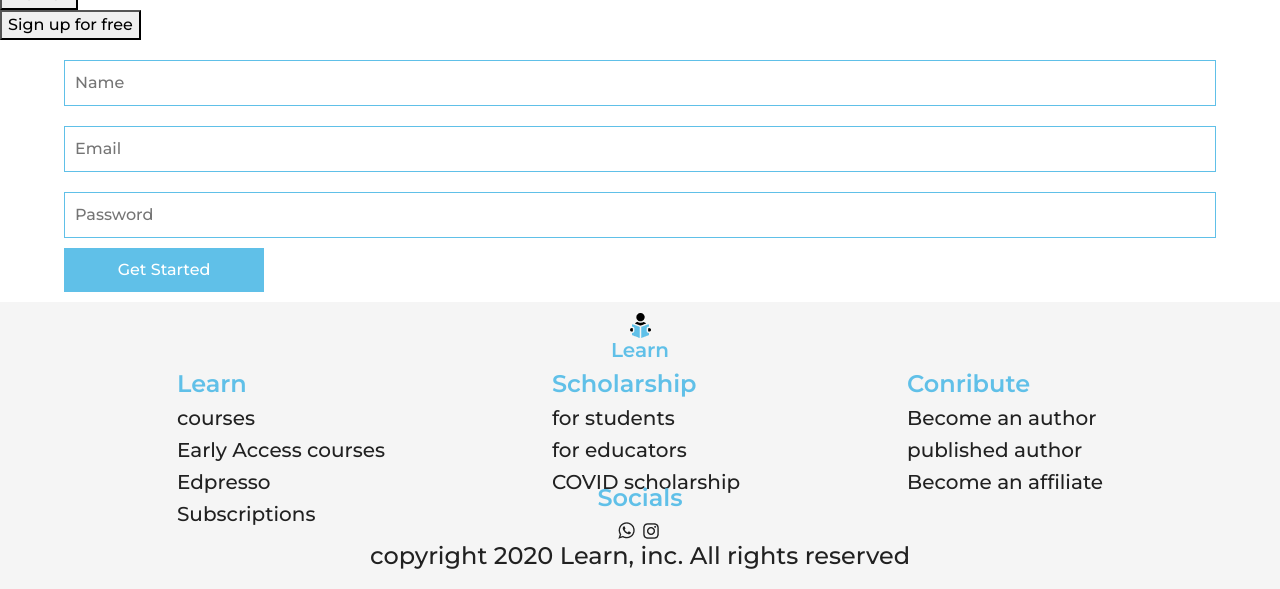
Repository: TiaraOluwanimi/team5
Page: tutor.html
These files come from the project's save history. The page is drawn as it stood at one moment and after the next save; the edit follows.
The browser window is 1280 px wide. The pictures show the part of the page from y = 2326 to 2945 px (the page is 2915 px tall before and 2945 px after).
A picture or video elsewhere on the page could not be fetched, so the positions and the page height are approximate. Some web libraries are served in a nearby version.

Above is the page before, as saved 2020-08-08 11:08:21.

### tutor.html
<!DOCTYPE html>
<html lang="en">
  <head>
    <meta charset="UTF-8" />
    <meta name="viewport" content="width=device-width, initial-scale=1.0" />
    <title>Online Tutoring</title>
    <!-- Custom Css -->
    <link rel="stylesheet" href="./assets/css/header-footer.css" />
    <link rel="stylesheet" href="./assets/css/tutor.css" />
    <link rel="stylesheet" href="./assets/css/testimonial.css" />
    <!-- Favicon -->
    <link rel="shortcut icon" href="" type="image/x-icon" />
    <!---------------------- CDNs----------------- -->
    <!-- Bootstrap CSS CDN -->
    <link
      rel="stylesheet"
      href="https://maxcdn.bootstrapcdn.com/bootstrap/4.0.0/css/bootstrap.min.css"
      integrity="sha384-Gn5384xqQ1aoWXA+058RXPxPg6fy4IWvTNh0E263XmFcJlSAwiGgFAW/dAiS6JXm"
      crossorigin="anonymous"
    />
    <!-- fontawesome CDN -->
    <!-- Google Font -->
    <link href="https://fonts.googleapis.com/css2?family=Montserrat:wght@500;600&display=swap" rel="stylesheet">
    <!-- Font Awesome -->
    <script src="https://kit.fontawesome.com/0f19ba4771.js" crossorigin="anonymous"></script>

</head>

<body>
    <!-- Welcome to this online tutoring website. 😊 -->
    <!--  Header  -->
    <nav class="nav1">
      <a href="#"><img src="./assets/img/logo.png" alt="" /></a>
      <div class="nav1div1">
        <img
          class="searchicon"
          onclick="displaySearchBar()"
          src="./assets/img/search.png"
          alt=""
        />
        <button class="nav1butt1">Log in</button>
        <button class="nav1butt2">Join for free</button>
      </div>
      <div class="nav1div2 display">
        <input
          class="searchbar"
          type="text"
          placeholder="Enter Text here"
          name=""
          id=""
        />
      </div>
    </nav>

    <!-- Landing Page -->
    <div class="div1">
        <img class="div1img1" src="./assets/img/hero-img.png" alt="">
        <div class="div1div1">
            <i class="fas fa-play-circle fa-2x div1img2"></i>
            &nbsp;&nbsp;&nbsp;
            <h3 class="div1hh1">TAKE A TOUR</h3>
        </div>
    </div>

    <div class="div2">
        <h1 class="div2hh1">
            LEARN ALL YOU WANT, AT YOUR OWN
            <span class="div2hh2">PACE.</span>
        </h1>
        <h4 class="div2hh3">
            Lorem ipsum dolor sit amet, consectetur
            adipiscing elit, sed do eiusmod tempor
            incididunt ut labore et dolore magna
            aliqua. Ut enim ad minim veniam, quis
            nostrud exercitation ullamco laboris nisi
            ut aliquip ex ea commodo consequat.
        </h4>
        <div class="div2div1">
            <button class="div2butt1">Get Started</button>
        </div>
    </div>
    <!-- join us section -->
    <section id="join-us" class="py-5" style="position: relative;">
        <div style="position: absolute; right: 0px; top:-10px;">
          <img src="./assets/img/Ellipse 13.png" alt="" class="img-fluid" />
        </div>
        <div class="container">
          <div class="row">
            <div class="col-12 mx-auto text-center">
              <h4 class="mx-auto sec-head">
                <span><strong>Join Us</strong></span>
              </h4>
              <p>
                Join us for free classes taught by experts. And explore hundreds
                of free online classes.
              </p>
            </div>
            <div class="row py-3">
                <div class="col-md-4 text-center my-3">
                  <div class="box-shadow py-3">
                    <img
                      src="./assets/img/course.png"
                      alt=""
                      class="join-img img-fluid rounded-circle w-50"
                    />
                    <h4 class="my-5"><strong>Choose a Course</strong></h4>
                  </div>
                </div>
                <div class="col-md-4 text-center my-3">
                  <div class="box-shadow py-3">
                    <img
                      src="./assets/img/skillset.png"
                      alt=""
                      class="join-img img-fluid rounded-circle w-50"
                    />
                    <h4 class="my-5"><strong>Grow your skillset</strong></h4>
                  </div>
                </div>
                <div class="col-md-4 text-center my-3">
                  <div class="box-shadow py-3">
                    <img
                      src="./assets/img/mentorship.png"
                      alt=""
                      class="join-img img-fluid rounded-circle w-50"
                    />
                    <h4 class="my-5"><strong>Meet a mentor</strong></h4>
                  </div>
                </div>
                <button
                  class="btn btn-lg btn-outline-primary py-3 px-5 rounded-0 mx-auto"
                >
                  View All
                </button>
              </div>
            </div>
          </section>

    <!-- service section -->
    <section id="services" class="py-5" style="position: relative;">
      <div style="position: absolute; left: 0px; top: -30px;">
        <img src="./assets/img/Ellipse 10.png" alt="" />
      </div>
      <div
        style="position: absolute; right: 0px; top: 30%; transform: scale(-1);"
      >
        <img src="./assets/img/Ellipse 10.png" alt="" />
      </div>
      <div class="container">
        <div class="row">
          <div class="col-12 mx-auto text-center">
            <h4 class="mx-auto sec-head">
              <span><strong>Services</strong></span>
            </h4>
            <p>
              Helping over 5,000 students reach their ultimate goals with our
              special packages.
            </p>
          </div>
        </div>
        <div class="row p-3">
          <div class="col-md-4 text-center py-3">
            <h4><strong>Get help, FAST</strong></h4>
            <img
              src="./assets/img/hourglass 1.png"
              alt=""
              class="img-fluid w-25 my-3"
            />
            <p class="my-3" style="font-size: 14px;">
              Lorem ipsum dolor sit amet, consectetur adipiscing elit, sed do
              eiusmod tempor incididunt ut labore et dolore magna aliqua. Ut
              enim ad minim veniam, quis nostrud exercitation ullamco laboris
              nisi ut aliquip ex ea commodo consequat. um.
            </p>
            <h6 class="border py-3 px-1 mx-3 border-primary">
              Learn More <i></i>
            </h6>
          </div>
          <div class="col-md-4 text-center py-3">
            <h4><strong>Personalised tutoring</strong></h4>
            <img
              src="./assets/img/teacher 1.png"
              alt=""
              class="img-fluid w-25 my-3"
            />
            <p class="my-3" style="font-size: 14px;">
              Lorem ipsum dolor sit amet, consectetur adipiscing elit, sed do
              eiusmod tempor incididunt ut labore et dolore magna aliqua. Ut
              enim ad minim veniam, quis nostrud exercitation ullamco laboris
              nisi ut aliquip ex ea commodo consequat. um.
            </p>
            <h6 class="border py-3 px-1 mx-3 border-primary">
              Learn More <i></i>
            </h6>
          </div>
          <div class="col-md-4 text-center py-3">
            <h4><strong>80+ Courses</strong></h4>
            <img
              src="./assets/img/test 1.png"
              alt=""
              class="img-fluid w-25 my-3"
            />
            <p class="my-3" style="font-size: 14px;">
              Lorem ipsum dolor sit amet, consectetur adipiscing elit, sed do
              eiusmod tempor incididunt ut labore et dolore magna aliqua. Ut
              enim ad minim veniam, quis nostrud exercitation ullamco laboris
              nisi ut aliquip ex ea commodo consequat. um.
            </p>
            <h6 class="border py-3 px-1 mx-3 mx-lg-1 border-primary">
              Learn More <i></i>
            </h6>
          </div>
        </div>
      </div>
    </section>
    <!-- Testimonial section -->
    <section>
      <div>
        <div class="testimonial-heading">
          <div>
            <hr>
            <span>Testimonials</span>
            <hr>
          </div>
          <p>what our awesome client are saying</p>
        </div>
        <div>
          <div class="testimonial-card">
            <img src="./assets/img/Ellipse 7.png" alt="">
            <div class="testimonial-statement">
              <p>Lorem ipsum dolor sit amet, consectetur adipiscing elit, sed do odo consequat. um.</p>
            </div>
            <p>-Rafiu</p>
          </div>
          <button>View all</button>
        </div>
        <div>
          <button>Sign up for free</button>
        </div>
        <div class="testimonial-container">
          <form >
            <input type="text" placeholder="Name">
            <input type="email" placeholder="Email">
            <input type="password" placeholder="Password">
            <button>Get Started</button>
          </form>
        </div>
      </div>
    </section>
    <!--  Footer  -->
    <footer class="footer1">
      <div class="footer1div1">
        <img class="footer1img1" src="./assets/img/logo.png" alt="" />
        <h5 class="footer1hh1">Learn</h5>
      </div>

      <div class="footer1div2">
        <div class="footer1div3">
          <h4 class="footer1hh2">Learn</h4>
          <a href="" class="footer1link1"
            ><h5 class="footer1hh3">courses</h5></a
          >
          <a href="" class="footer1link1"
            ><h5 class="footer1hh3">Early Access courses</h5></a
          >
          <a href="" class="footer1link1"
            ><h5 class="footer1hh3">Edpresso</h5></a
          >
          <a href="" class="footer1link1"
            ><h5 class="footer1hh3">Subscriptions</h5></a
          >
        </div>
        <div class="footer1div4">
          <h4 class="footer1hh2">Scholarship</h4>
          <a href="" class="footer1link1"
            ><h5 class="footer1hh3">for students</h5></a
          >
          <a href="" class="footer1link1"
            ><h5 class="footer1hh3">for educators</h5></a
          >
          <a href="" class="footer1link1"
            ><h5 class="footer1hh3">COVID scholarship</h5></a
          >
        </div>
        <div class="footer1div5">
          <h4 class="footer1hh2">Conribute</h4>
          <a href="" class="footer1link1"
            ><h5 class="footer1hh3">Become an author</h5></a
          >
          <a href="" class="footer1link1"
            ><h5 class="footer1hh3">published author</h5></a
          >
          <a href="" class="footer1link1"
            ><h5 class="footer1hh3">Become an affiliate</h5></a
          >
        </div>
      </div>

      <div class="footer1div6">
        <h4 class="footer1hh2 redd">Socials</h4>
        <a href="#"><img src="./assets/img/whatsapp.png" alt="" /></a>
        <a href="#"><img src="./assets/img/instagram.png" alt="" /></a>
      </div>

      <h4 class="footer1hh4">
        copyright 2020 Learn, inc. All rights reserved
      </h4>
    </footer>

    <!---------------------- CDNs----------------- -->
    <!-- jQuery CDN -->
    <script
      src="https://code.jquery.com/jquery-3.2.1.slim.min.js"
      integrity="sha384-KJ3o2DKtIkvYIK3UENzmM7KCkRr/rE9/Qpg6aAZGJwFDMVNA/GpGFF93hXpG5KkN"
      crossorigin="anonymous"
    ></script>
    <!-- ajax CDN -->
    <script
      src="https://cdnjs.cloudflare.com/ajax/libs/popper.js/1.12.9/umd/popper.min.js"
      integrity="sha384-ApNbgh9B+Y1QKtv3Rn7W3mgPxhU9K/ScQsAP7hUibX39j7fakFPskvXusvfa0b4Q"
      crossorigin="anonymous"
    ></script>
    <!-- BootstrapJS CDN -->
    <script
      src="https://maxcdn.bootstrapcdn.com/bootstrap/4.0.0/js/bootstrap.min.js"
      integrity="sha384-JZR6Spejh4U02d8jOt6vLEHfe/JQGiRRSQQxSfFWpi1MquVdAyjUar5+76PVCmYl"
      crossorigin="anonymous"
    ></script>
    <!-- Custom Javascript Links -->
    <script src="./assets/js/tutor.js"></script>
  </body>
</html>

### assets/css/header-footer.css

/*  Header Navbar */
body{
  margin: 0;
}
.nav1{
   margin: 10px;
}
.nav1div1{
    display: inline;
    float: right;
}
.nav1butt1{
    color: #212121;
    border-color: #212121;
    border-width: 1px;
    background-color: #FFFFFF;
    padding: 7px 7px;
    font-family: 'Montserrat', sans-serif;
    font-weight: 500;
    outline: none;
    margin-left: 35px;
}
.nav1butt2{
    color: #FFFFFF;
    border-color: #60C0E8;
    border: none;
    background-color: #60C0E8;
    padding: 8px 7px;
    font-family: 'Montserrat', sans-serif;
    font-weight: 500;
    outline: none;
    margin-left: 8px;
}
.nav1butt1:hover{
    background-color: #f0f0f0;
      cursor: pointer;
}
.nav1butt2:hover{
    background-color: #60adce;
    cursor: pointer;
}
.searchicon:hover{
    cursor: pointer;
}
.nav1div2{
    text-align: center;
    width: 100%;
    margin-top: 10px;
}
.searchbar{
    width: 60%;
    font-family: 'Montserrat', sans-serif;
    outline: none;
    border-radius: 10px;
    padding: 10px;
    border-width: 1px;
}
.footer1link1{
    text-decoration: none;
}
.display{
    display: none;
}



/*  Footer  */
.footer1{
    padding: 10px;
    background-color: #F5F5F5;
}
.footer1div1{
    text-align: center;
}
.footer1hh1{
    margin-top: 0px;
    font-family: 'Montserrat', sans-serif;
    color: #60C0E8;
    font-weight: 600;
}
.footer1div2{
    display: flex;
    flex-direction:row;
    justify-content: space-evenly;
}
.footer1hh2{
    font-family: 'Montserrat', sans-serif;
    color: #60C0E8;
    font-weight: 600;
}
.footer1hh3{
    font-family: 'Montserrat', sans-serif;
    color: #212121;
    font-weight: normal;
}
.footer1div6{
    text-align: center;
    margin-top: -50px;
}
.redd{
    margin-bottom: 5px;
}
.footer1hh4{
    text-align: center;
    font-family: 'Montserrat', sans-serif;
    color: #212121;
    font-style: normal;
    font-weight: 500;
}

/* Footer Media Queries */
@media only screen and (max-width: 399px) {
    .footer1div2{
        flex-direction: column;
        align-items: center;
    }
    .footer1div6{
        text-align: center;
        margin-top: -10px;
    }
}

### assets/css/tutor.css
* {
  font-family: "Montserrat", sans-serif;
}
.div1 {
  margin: 10px;
  text-align: center;
}
.div1div1 {
  width: 100%;
  display: flex;
  justify-content: center;
  background-color: #60c0e8;
  margin-top: -5px;
}
.div1img1 {
  width: 100%;
  height: 350px;
}
.div1img2 {
  padding-top: 15px;
  color: #ffffff;
}
.div1div1:hover {
  background-color: #60adce;
  cursor: pointer;
}
.div1hh1 {
  font-family: "Montserrat", sans-serif;
  font-weight: 600;
  color: #ffffff;
}

.div2 {
  margin: 10px;
}
.div2hh1 {
  font-family: "Montserrat", sans-serif;
  text-align: center;
  color: #3a3a3a;
  font-weight: bold;
}
.div2hh2 {
  color: #60c0e8;
}
.div2hh3 {
  font-family: "Montserrat", sans-serif;
  text-align: center;
  color: #000000;
  font-weight: 500;
}
.div2div1 {
  text-align: center;
}
.div2butt1 {
  background-color: #60c0e8;
  font-weight: 500;
  color: #ffffff;
  border: none;
  outline: none;
  padding: 15px 30px;
  font-size: large;
}
.div2butt1:hover {
  background-color: #60adce;
  cursor: pointer;
}

/* this handles the line in each section heading  */
.sec-head {
  width: 30%;
  text-align: center;
  border-bottom: 2px solid #000;
  line-height: 0.1em;
  margin: 10px 0 20px;
}
.sec-head span {
  background: #fff;
  padding: 0 10px;
}
/* join us images border */
.join-img {
  border: 5px solid #60c0e8 !important;
}
/* box shadow */
.box-shadow {
  box-shadow: 0px 5px 30px 0.5px #e6e6e6;
}
.box-shadow:hover {
  box-shadow: 0px 5px 30px 5px #c7c7c7;
}

@media screen and (max-width: 320px) {
  .sec-head {
    width: 70%;
  }
}

### assets/css/testimonial.css
.testimonial-heading{
    text-align:center;
}
.testimonial-card{
    text-align: center;
    width:250px;
    padding:15px;
    position: relative;
    background-color: #60C0E8;

}
.testimonial-card img{
    margin-top:-10px;
    width:120px;

}
.testimonial-statement{
    color:#fff;
    margin:10px 0;
}

.testimonial-container{
    width:90%;
    margin:0 auto;
    overflow: hidden;
}

form{
    box-sizing: border-box;
    margin:10px 0;
}
form input{
    width:100%;
    margin:10px 0;
    padding:10px;
    border: 1px solid #60C0E8;
    box-sizing: border-box;
}

form button{
    width:200px;
    margin: 0 auto;
    background: #60C0E8;
    color:#fff;
    padding:10px;
    border:none;
}

### assets/js/tutor.js

function displaySearchBar(){
    document.querySelector(".nav1div2").classList.toggle("display");
}

After the next save:
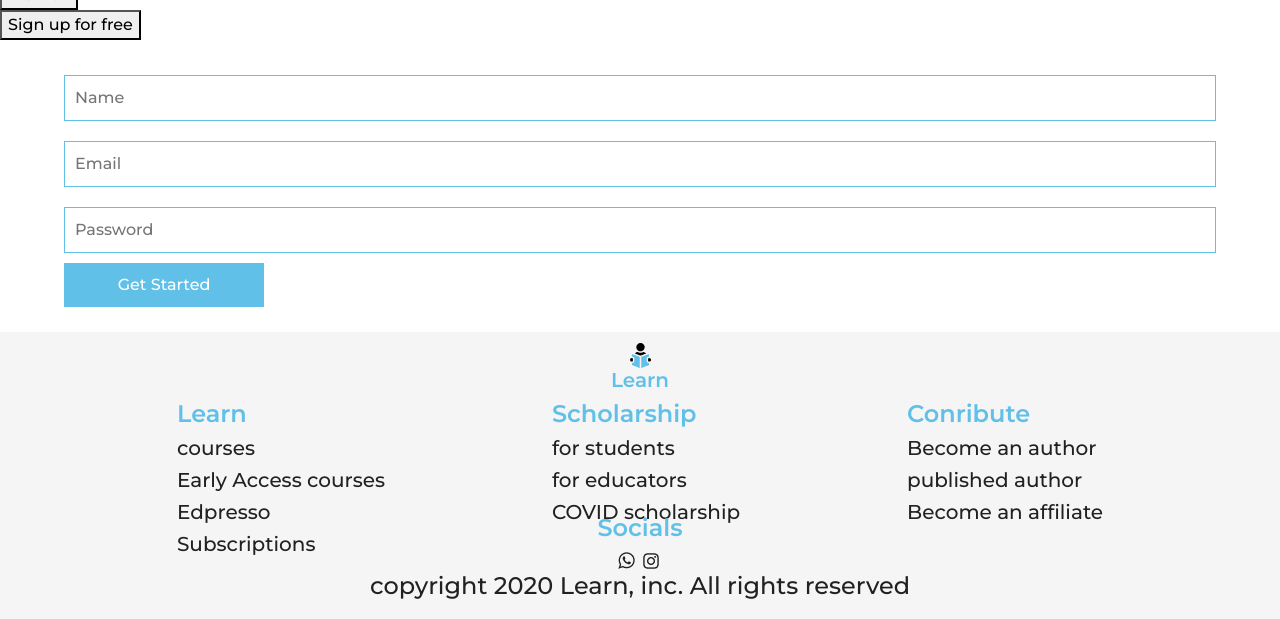
Saved 10 s later.
--- a/assets/css/testimonial.css
+++ b/assets/css/testimonial.css
@@ -27,7 +27,7 @@
 
 form{
     box-sizing: border-box;
-    margin:10px 0;
+    margin:25px 0;
 }
 form input{
     width:100%;
